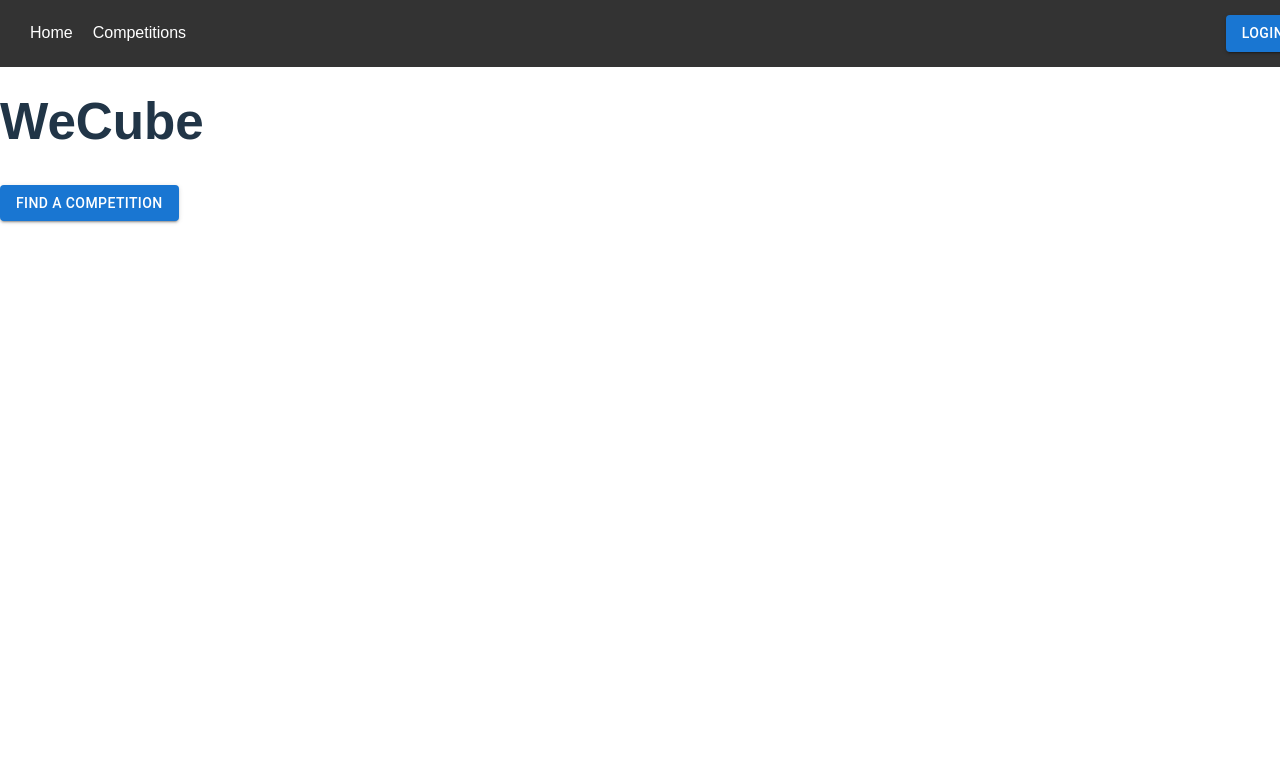
Repository: BWei22/wecube
Page: /
These files come from the project's save history. The page is drawn as it stood at one moment and after the next save; the edit follows.
The browser window is 1280 px wide. The pictures show the whole page.
The project was rebuilt for these pictures with package versions that can differ from the ones it lists, and the page was loaded fresh each time. Also part of the build but not shown: vite.config.js, src/pages/Competitions.css, src/pages/Competitions.jsx, src/pages/Listings.css, src/pages/Listings.jsx, src/pages/CreateListing.jsx, src/pages/ListingDetails.css, src/pages/ListingDetails.jsx and 11 more.

Above is the page before, as saved 2024-07-29 23:14:03.

### index.html
<!doctype html>
<html lang="en">
  <head>
    <meta charset="UTF-8" />
    <link rel="icon" type="image/svg+xml" href="/vite.svg" />
    <meta name="viewport" content="width=device-width, initial-scale=1.0" />
    <title>WeCube</title>
  </head>
  <body>
    <div id="root"></div>
    <script type="module" src="/src/main.jsx"></script>
  </body>
</html>

### src/App.jsx
import React from 'react';
import { BrowserRouter as Router, Routes, Route } from 'react-router-dom';
import Home from './pages/Home';
import Competitions from './pages/Competitions';
import Listings from './pages/Listings';
import CreateListing from './pages/CreateListing';
import ListingDetails from './pages/ListingDetails';
import InterestedBuyers from './pages/InterestedBuyers';
import Notifications from './pages/Notifications';
import AuthComponent from './components/AuthComponent';
import PrivateRoute from './components/PrivateRoute';
import NavBar from './components/NavBar';
import { ProvideAuth } from './hooks/useAuth';
import Message from './pages/Message';
import Conversations from './pages/Conversations';
import Profile from './pages/Profile';
import './App.css'; // Import the global CSS

const App = () => {
  return (
    <ProvideAuth>
      <Router>
        <NavBar />
        <div className="main-container">
          <Routes>
            <Route path="/" element={<Home />} />
            <Route path="/competitions" element={<Competitions />} />
            <Route path="/listings/:competitionId" element={<Listings />} />
            <Route path="/create-listing/:competitionId" element={<PrivateRoute><CreateListing /></PrivateRoute>} />
            <Route path="/listing/:listingId" element={<ListingDetails />} />
            <Route path="/interested-buyers/:listingId" element={<PrivateRoute><InterestedBuyers /></PrivateRoute>} />
            <Route path="/notifications" element={<PrivateRoute><Notifications /></PrivateRoute>} />
            <Route path="/auth" element={<AuthComponent />} />
            <Route path="/messages/:listingId" element={<PrivateRoute><Message /></PrivateRoute>} />
            <Route path="/conversations" element={<PrivateRoute><Conversations /></PrivateRoute>} />
            <Route path="/profile" element={<PrivateRoute><Profile /></PrivateRoute>} />
          </Routes>
        </div>
      </Router>
    </ProvideAuth>
  );
};

export default App;

### src/pages/Home.jsx
// src/pages/Home.jsx
import React from "react";
import { useNavigate } from "react-router-dom";
import Button from '@mui/material/Button';

const Home = () => {
  const navigate = useNavigate();

  const handleFindCompetition = () => {
    navigate("/competitions");
  };

  return (
    <div className="home">
      <h1>WeCube</h1>
      <Button variant="contained" color="primary" onClick={handleFindCompetition}>
        Find a Competition
      </Button>
    </div>
  );
};

export default Home;

### src/components/NavBar.jsx
import React, { useState, useEffect } from 'react';
import { Link, useNavigate } from 'react-router-dom';
import { useAuth } from '../hooks/useAuth';
import { db, auth } from '../firebaseConfig';
import { collection, query, where, onSnapshot } from 'firebase/firestore';
import Badge from '@mui/material/Badge';
import Button from '@mui/material/Button';
import './NavBar.css';

const NavBar = () => {
  const auth = useAuth();
  const navigate = useNavigate();
  const [newMessages, setNewMessages] = useState(0);

  useEffect(() => {
    if (!auth.currentUser) {
      return;
    }

    const q = query(collection(db, 'messages'), where('recipientId', '==', auth.currentUser.uid), where('isRead', '==', false));
    const unsubscribe = onSnapshot(q, (querySnapshot) => {
      setNewMessages(querySnapshot.size);
    });

    return () => unsubscribe();
  }, [auth.currentUser]);

  const handleLogout = () => {
    auth.signout(() => navigate('/'));
  };

  return (
    <div className="navbar">
      <div className="navbar-left">
        <Link to="/">Home</Link>
        <Link to="/competitions">Competitions</Link>
      </div>
      <div className="navbar-right">
        {auth.user ? (
          <>
            <Badge badgeContent={newMessages} color="error">
              <Link to="/conversations">Conversations</Link>
            </Badge>
            <Link to="/profile">Profile</Link>
            <Button onClick={handleLogout} variant="contained" color="secondary">Logout</Button>
          </>
        ) : (
          <Button onClick={() => navigate('/auth')} variant="contained" color="primary">Login</Button>
        )}
      </div>
    </div>
  );
};

export default NavBar;

### src/hooks/useAuth.jsx
import React, { useState, useEffect, useContext, createContext } from 'react';
import { getAuth, signInWithPopup, GoogleAuthProvider, signOut } from 'firebase/auth';

const authContext = createContext();

export function ProvideAuth({ children }) {
  const auth = useProvideAuth();
  return <authContext.Provider value={auth}>{children}</authContext.Provider>;
}

export const useAuth = () => {
  return useContext(authContext);
};

function useProvideAuth() {
  const [user, setUser] = useState(null);

  const signinWithGoogle = async () => {
    const auth = getAuth();
    const provider = new GoogleAuthProvider();
    await signInWithPopup(auth, provider);
    setUser(auth.currentUser);
  };

  const signout = async (callback) => {
    const auth = getAuth();
    await signOut(auth);
    setUser(null);
    if (callback) callback();
  };

  useEffect(() => {
    const auth = getAuth();
    const unsubscribe = auth.onAuthStateChanged((user) => {
      if (user) {
        setUser(user);
      } else {
        setUser(null);
      }
    });

    return () => unsubscribe();
  }, []);

  return {
    user,
    signinWithGoogle,
    signout,
  };
}

### src/App.css
/* src/App.css */

body, html {
  margin: 0;
  padding: 0;
  height: 100%;
  width: 100%;
  font-family: Arial, sans-serif;
}

#root {
  height: 100%;
}

.main-container {
  display: flex;
  flex-direction: column;
  height: 100vh;
  padding-top: 60px; /* Adjust based on navbar height */
}

### src/firebaseConfig.js
// src/firebaseConfig.js
import { initializeApp } from "firebase/app";
import { getFirestore } from "firebase/firestore";
import { getAuth, onAuthStateChanged, GoogleAuthProvider, signInWithPopup } from "firebase/auth";

const firebaseConfig = {
  apiKey: "AIzaSyDYb4aSYo2bUTjyhVYMKNBykxSJtt_21Po",
  authDomain: "wecube-e0d78.firebaseapp.com",
  projectId: "wecube-e0d78",
  storageBucket: "wecube-e0d78.appspot.com",
  messagingSenderId: "412392652109",
  appId: "1:412392652109:web:bc3ad839badcf48e85cb04",
  measurementId: "G-3J43PF4YX8"
};

const app = initializeApp(firebaseConfig);
const db = getFirestore(app);
const auth = getAuth(app);
const provider = new GoogleAuthProvider();

onAuthStateChanged(auth, (user) => {
  if (user) {
    console.log("User is signed in", user);
  } else {
    console.log("No user is signed in");
  }
});

export { db, auth, provider };

### src/components/NavBar.css
/* src/components/NavBar.css */

.navbar {
  display: flex;
  justify-content: space-between;
  align-items: center;
  padding: 15px 20px;
  background-color: #333;
  color: #fff;
  position: fixed;
  width: 100%;
  top: 0;
  z-index: 1000;
}

.navbar a {
  color: #fff;
  text-decoration: none;
  margin: 0 10px;
}

.navbar a:hover {
  text-decoration: underline;
}

.navbar .navbar-right {
  display: flex;
  align-items: center;
}

Loaded but not shown: src/main.jsx (common file); src/index.css (common file)

After the next save:
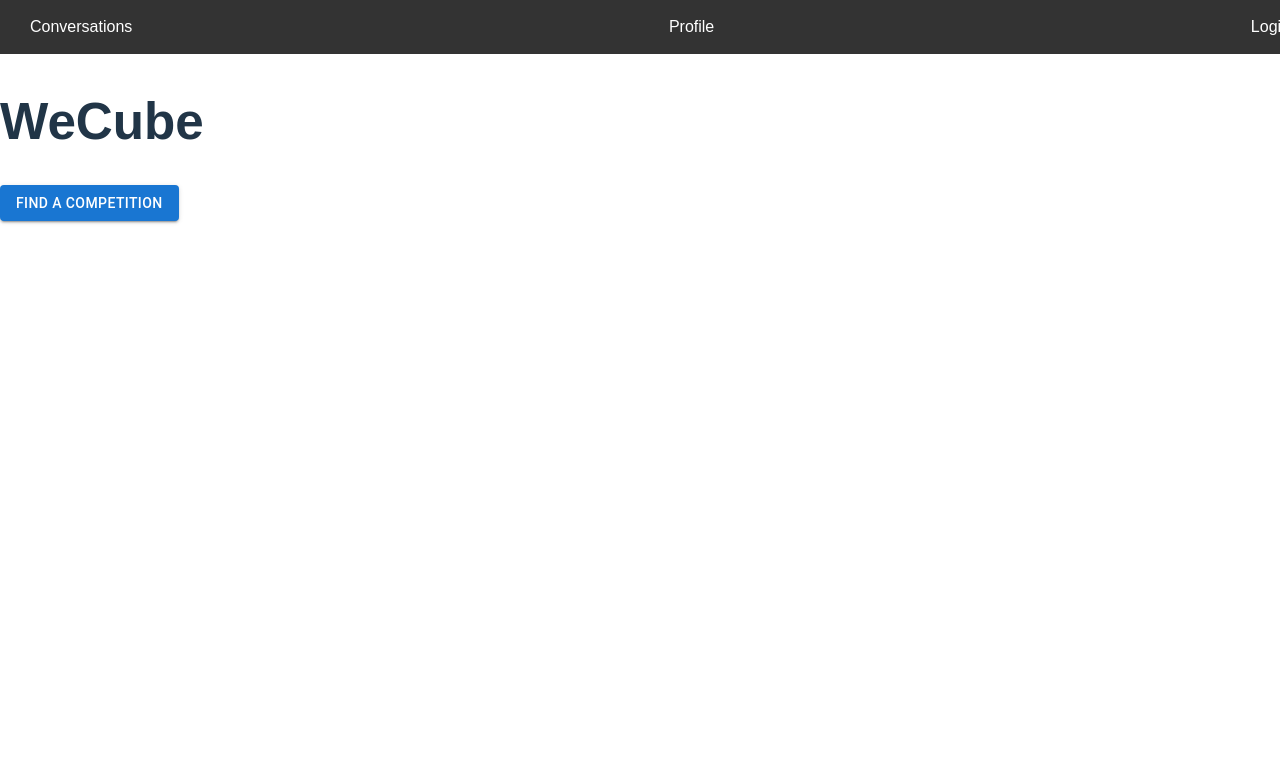
Saved 19 s later.
--- a/src/components/NavBar.jsx
+++ b/src/components/NavBar.jsx
@@ -1,55 +1,42 @@
-import React, { useState, useEffect } from 'react';
-import { Link, useNavigate } from 'react-router-dom';
-import { useAuth } from '../hooks/useAuth';
+import React, { useEffect, useState } from 'react';
+import { Link } from 'react-router-dom';
 import { db, auth } from '../firebaseConfig';
 import { collection, query, where, onSnapshot } from 'firebase/firestore';
-import Badge from '@mui/material/Badge';
-import Button from '@mui/material/Button';
-import './NavBar.css';
+import './Navbar.css';
 
-const NavBar = () => {
-  const auth = useAuth();
-  const navigate = useNavigate();
-  const [newMessages, setNewMessages] = useState(0);
+const Navbar = () => {
+  const [newMessageCount, setNewMessageCount] = useState(0);
 
   useEffect(() => {
     if (!auth.currentUser) {
       return;
     }
 
-    const q = query(collection(db, 'messages'), where('recipientId', '==', auth.currentUser.uid), where('isRead', '==', false));
+    const q = query(
+      collection(db, 'messages'),
+      where('recipientId', '==', auth.currentUser.uid),
+      where('isRead', '==', false)
+    );
+
     const unsubscribe = onSnapshot(q, (querySnapshot) => {
-      setNewMessages(querySnapshot.size);
+      setNewMessageCount(querySnapshot.size);
     });
 
-    return () => unsubscribe();
-  }, [auth.currentUser]);
-
-  const handleLogout = () => {
-    auth.signout(() => navigate('/'));
-  };
+    return () => {
+      unsubscribe();
+    };
+  }, []);
 
   return (
-    <div className="navbar">
-      <div className="navbar-left">
-        <Link to="/">Home</Link>
-        <Link to="/competitions">Competitions</Link>
-      </div>
-      <div className="navbar-right">
-        {auth.user ? (
-          <>
-            <Badge badgeContent={newMessages} color="error">
-              <Link to="/conversations">Conversations</Link>
-            </Badge>
-            <Link to="/profile">Profile</Link>
-            <Button onClick={handleLogout} variant="contained" color="secondary">Logout</Button>
-          </>
-        ) : (
-          <Button onClick={() => navigate('/auth')} variant="contained" color="primary">Login</Button>
-        )}
-      </div>
-    </div>
+    <nav className="navbar">
+      <Link to="/conversations">
+        Conversations
+        {newMessageCount > 0 && <span className="notification-badge">{newMessageCount}</span>}
+      </Link>
+      <Link to="/profile">Profile</Link>
+      <Link to="/login">Login</Link>
+    </nav>
   );
 };
 
-export default NavBar;
+export default Navbar;
